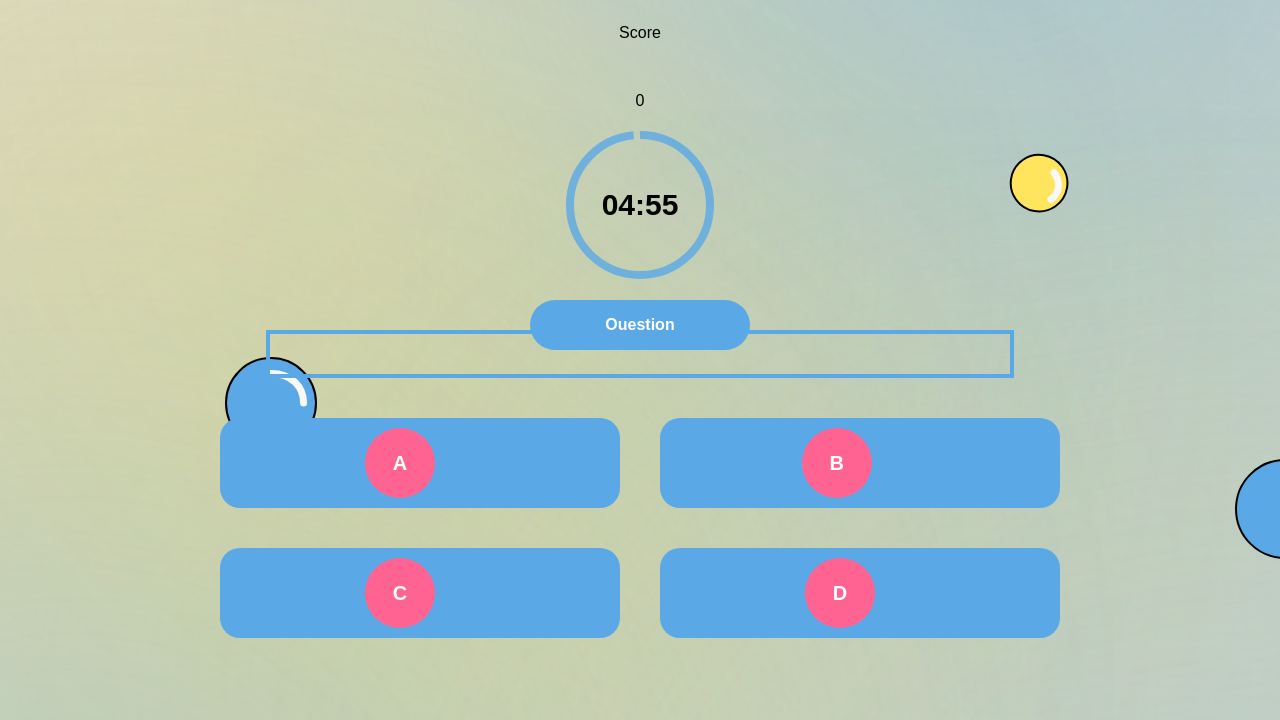
Repository: sierralaurent/SmartiePants
Page: quiz.html
These files come from the project's save history. The page is drawn as it stood at one moment and after the next save; the edit follows.
The browser window is 1280 px wide. The pictures show the whole page.
The page's requests for data from a server got no answer.

Above is the page before, as saved 2023-05-16 22:31:45.

After the next save:
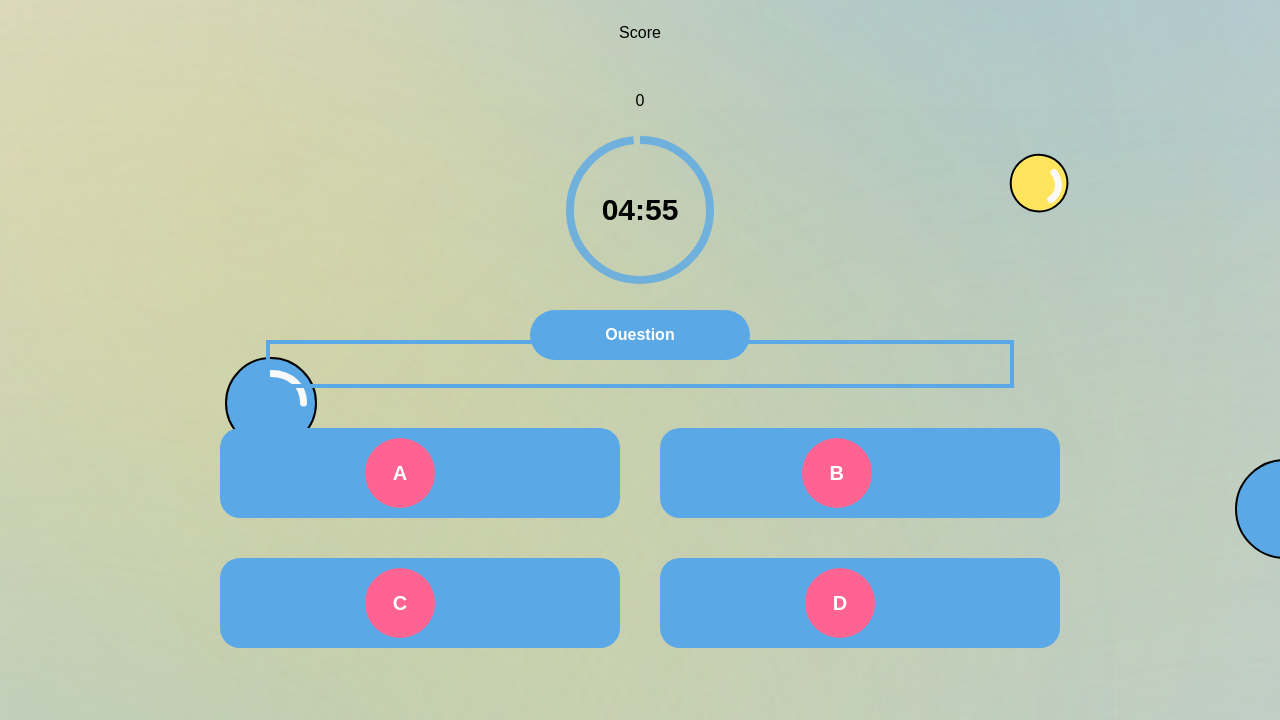
Saved 10 s later.
--- a/quiz.css
+++ b/quiz.css
@@ -37,7 +37,7 @@ body {
     .timer{
         display: flex;
         justify-content: center;
-        margin: 20px;
+        margin: 25px;
     }
 
     .container{
